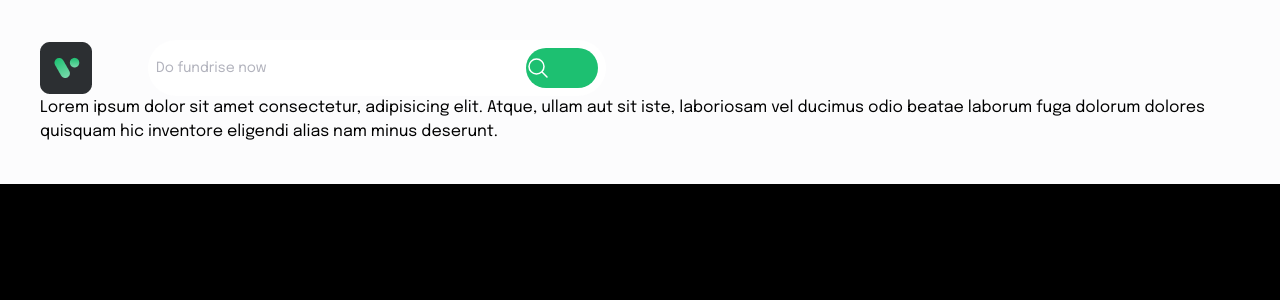
Repository: Kaymileee/crownFunding-Project
Page: /
The author's editor kept a copy of each file at every save. The page is drawn from the files as they stood at one save, then again after the next save.
The browser window is 1280 px wide. The pictures show the whole page.
The project was rebuilt for these pictures with package versions that can differ from the ones it lists, and the page was loaded fresh each time. Imported but missing from the stored project, and not drawn on this page: src/components/common/FormGroup, src/components/input/Input.

Above is the page before, as saved 2023-02-03 17:34:03.

### public/index.html
<!DOCTYPE html>
<html lang="en">
  <head>
    <meta charset="utf-8" />
    <link rel="icon" href="%PUBLIC_URL%/favicon.ico" />
    <meta name="viewport" content="width=device-width, initial-scale=1" />
    <meta name="theme-color" content="#000000" />
    <meta
      name="description"
      content="Web site created using create-react-app"
    />
    <link rel="apple-touch-icon" href="%PUBLIC_URL%/logo192.png" />
    <!--
      manifest.json provides metadata used when your web app is installed on a
      user's mobile device or desktop. See https://developers.google.com/web/fundamentals/web-app-manifest/
    -->
    <link rel="manifest" href="%PUBLIC_URL%/manifest.json" />
    <!--
      Notice the use of %PUBLIC_URL% in the tags above.
      It will be replaced with the URL of the `public` folder during the build.
      Only files inside the `public` folder can be referenced from the HTML.

      Unlike "/favicon.ico" or "favicon.ico", "%PUBLIC_URL%/favicon.ico" will
      work correctly both with client-side routing and a non-root public URL.
      Learn how to configure a non-root public URL by running `npm run build`.
    -->
    <link rel="preconnect" href="https://fonts.googleapis.com" />
    <link rel="preconnect" href="https://fonts.gstatic.com" crossorigin />
    <link
      href="https://fonts.googleapis.com/css2?family=Epilogue:wght@400;500;600;700&display=swap"
      rel="stylesheet"
    />
    <title>Crowfunding App</title>
  </head>
  <body>
    <noscript>You need to enable JavaScript to run this app.</noscript>
    <div id="root"></div>
    <!--
      This HTML file is a template.
      If you open it directly in the browser, you will see an empty page.

      You can add webfonts, meta tags, or analytics to this file.
      The build step will place the bundled scripts into the <body> tag.

      To begin the development, run `npm start` or `yarn start`.
      To create a production bundle, use `npm run build` or `yarn build`.
    -->
  </body>
</html>

### src/index.js
import React from "react";
import { createRoot } from "react-dom/client";
import App from "./App";
import reportWebVitals from "./reportWebVitals";
import "./index.scss";
import { Provider } from "react-redux";
import { store } from "./store/configureStore";
import { BrowserRouter } from "react-router-dom";
const container = document.getElementById("root");
const root = createRoot(container);

root.render(
  <Provider store={store}>
    <BrowserRouter>
      <App />
    </BrowserRouter>
  </Provider>
);

// If you want to start measuring performance in your app, pass a function
// to log results (for example: reportWebVitals(console.log))
// or send to an analytics endpoint. Learn more: https://bit.ly/CRA-vitals
reportWebVitals();

### src/App.js
import React, { lazy } from "react";
import { Suspense } from "react";
import { Route, Routes } from "react-router-dom";
const SignUpPage = lazy(() => import("./pages/SignUpPage.js"));
const SignInPage = lazy(() => import("./pages/SignInPage"));
const DashboardPage = lazy(() => import("./pages/DashboardPage"));

function App() {
  return (
    <Suspense>
      <Routes>
        <Route path="/sign-up" element={<SignUpPage></SignUpPage>}></Route>
        <Route path="/" element={<DashboardPage></DashboardPage>}></Route>

        <Route path="/sign-in" element={<SignInPage></SignInPage>}></Route>
      </Routes>
    </Suspense>
  );
}

export default App;

### src/index.scss
@tailwind base;
@tailwind components;
@tailwind utilities;
@layer base {
  body {
    @apply text-base font-primary font-normal;
    background: #000;
  }
  input {
    @apply outline-none;
  }
}
input:focus + .error-input {
  display: none;
}

### src/store/configureStore.js
import { configureStore } from "@reduxjs/toolkit";
import createSagaMiddleware from "@redux-saga/core";
import logger from "redux-logger";
const sagaMiddleware = createSagaMiddleware();

export const store = configureStore({
  reducer: {},
  middleware: (gDM) => gDM().concat(logger, sagaMiddleware),
});
// sagaMiddleware.run(rootSaga);

### src/pages/DashboardPage.js
import React from "react";
import LayoutDashboard from "../layouts/LayoutDashboard";

const DashboardPage = () => {
  return (
    <LayoutDashboard>
      <div>
        Lorem ipsum dolor sit amet consectetur, adipisicing elit. Atque, ullam
        aut sit iste, laboriosam vel ducimus odio beatae laborum fuga dolorum
        dolores quisquam hic inventore eligendi alias nam minus deserunt.
      </div>
    </LayoutDashboard>
  );
};

export default DashboardPage;

### src/layouts/LayoutDashboard.js
import React from "react";
import DashboardSideBar from "../module/dashboard/DashboardSideBar";
import DashboardTopBar from "../module/dashboard/DashboardTopBar";

const LayoutDashboard = ({ children }) => {
  return (
    <div className="p-10 bg-liteBg max-w-[1440px] mx-auto">
      <DashboardTopBar></DashboardTopBar>
      <div>
        <DashboardSideBar></DashboardSideBar>
        <div>{children}</div>
      </div>
    </div>
  );
};

export default LayoutDashboard;

### src/module/dashboard/DashboardSideBar.js
import React from "react";

const DashboardSideBar = () => {
  return <div></div>;
};

export default DashboardSideBar;

### src/module/dashboard/DashboardTopBar.js
import React from "react";
import DashboardSearch from "./DashboardSearch";

const DashboardTopBar = () => {
  return (
    <div className="flex items-center gap-x-14">
      <img src="./logo.png" alt="" />
      <DashboardSearch></DashboardSearch>
    </div>
  );
};

export default DashboardTopBar;

### src/module/dashboard/DashboardSearch.js
import React from "react";

const DashboardSearch = () => {
  return (
    <div className="max-w-[458px] p-2 bg-white shadow-[10px_10px_20px_rgba(218, 213, 213, 0.15)] w-full rounded-full flex items-center">
      <div className="flex-1">
        <input
          type="text"
          placeholder="Do fundrise now"
          className="w-full text-sm font-normal bg-transparent placeholder:text-text4 text-text1"
        />
      </div>
      <button className="max-w-[72px] bg-primary text-white rounded-full w-full h-10">
        <svg
          xmlns="http://www.w3.org/2000/svg"
          fill="none"
          viewBox="0 0 24 24"
          strokeWidth="1.5"
          stroke="currentColor"
          className="w-6 h-6"
        >
          <path
            strokeLinecap="round"
            strokeLinejoin="round"
            d="M21 21l-5.197-5.197m0 0A7.5 7.5 0 105.196 5.196a7.5 7.5 0 0010.607 10.607z"
          />
        </svg>
      </button>
    </div>
  );
};

export default DashboardSearch;

### tailwind.config.js
module.exports = {
  darkMode: "class",
  content: ["./src/**/*.{js,jsx,ts,tsx}"],
  theme: {
    extend: {
      fontFamily: {
        primary: ["Epilogue", "sans-serif;"],
      },
      colors: {
        primary: "#1DC071",
        secondary: "#6F49FD",
        text1: "#171725",
        text2: "#4B5264",
        text3: "#808191",
        text4: "#B2B3BD",

        iconColor: "#A2A2A8",
        white: "#FFFFFF",
        whiteSoft: "#FCFBFF",
        graySoft: "#FCFCFC",
        strockColor: "#F1F1F3",
        liteBg: "#FCFCFD",
        error: "#EB5757",

        darkBG: "#3A3A43",
        darkSecondary: "#1C1C24",
        softDark: "#22222C",
        darkSoft: "#24242C",
        darkStroke: "#3A3A43",
        darkRed: "#422C32",
      },
    },
  },
  plugins: [],
};

Loaded but not shown: src/reportWebVitals.js (common file)

After the next save:
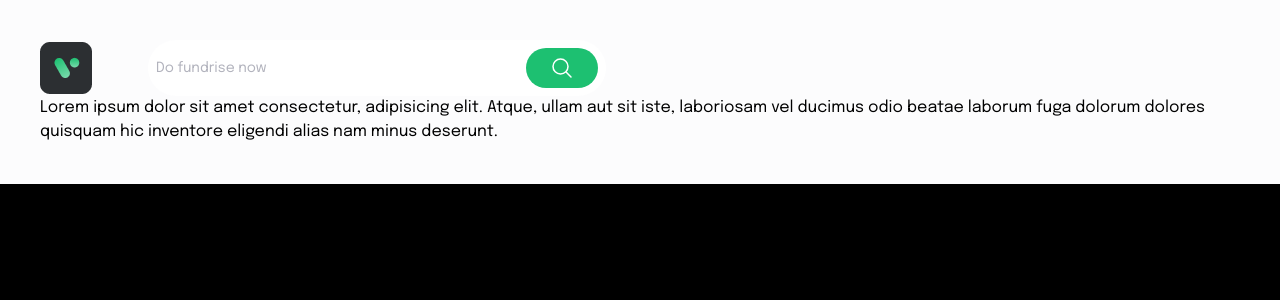
Saved 10 s later.
--- a/src/module/dashboard/DashboardSearch.js
+++ b/src/module/dashboard/DashboardSearch.js
@@ -10,7 +10,7 @@ const DashboardSearch = () => {
           className="w-full text-sm font-normal bg-transparent placeholder:text-text4 text-text1"
         />
       </div>
-      <button className="max-w-[72px] bg-primary text-white rounded-full w-full h-10">
+      <button className="max-w-[72px] bg-primary text-white rounded-full w-full h-10 flex justify-center items-center">
         <svg
           xmlns="http://www.w3.org/2000/svg"
           fill="none"
